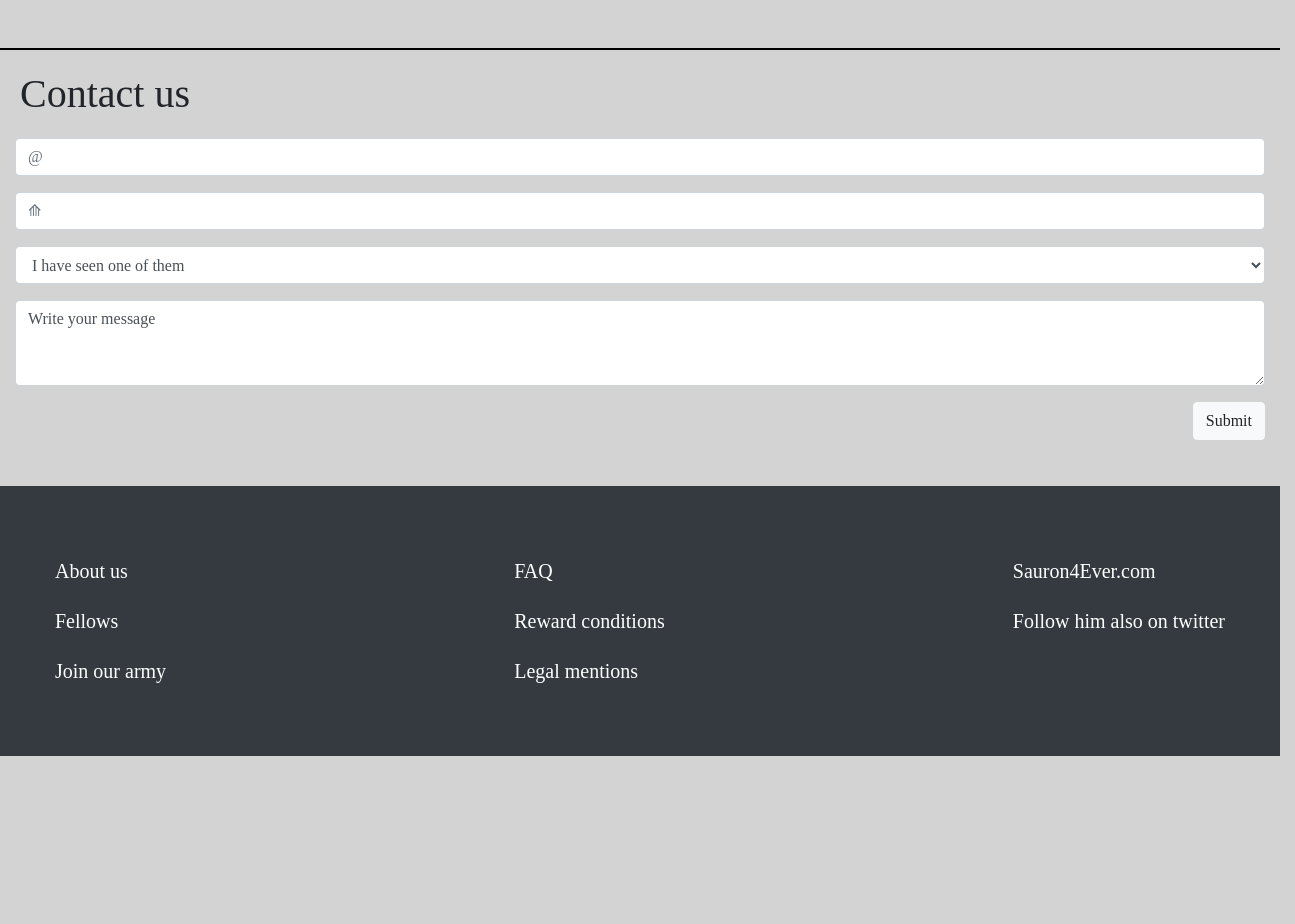
Repository: Khaleddwm/FindThePrecious
Page: index.html
The author's editor kept a copy of each file at every save. The page is drawn from the files as they stood at one save, then again after the next save.
The browser window is 1280 px wide. The page is 1295 px wide, so the pictures cover 1295 px, including what lies to the right of the window. The pictures show the part of the page from y = 1872 to 2796 px (the page is 2796 px tall).
Some web fonts or font styles are not loaded; a fallback is used.

Above is the page before, as saved 2020-05-25 11:41:58.

### index.html
<!DOCTYPE html>
<html lang="en">
<head>
    <meta charset="UTF-8">
    <meta name="viewport" content="width=device-width, initial-scale=1.0">
    <title>FindThePrecious</title>
    <link href="https://fonts.googleapis.com/css2?family=Bad+Script&display=swap" rel="stylesheet">
    <!-- CSS only -->
    <link rel="stylesheet" href="https://stackpath.bootstrapcdn.com/bootstrap/4.5.0/css/bootstrap.min.css" integrity="sha384-9aIt2nRpC12Uk9gS9baDl411NQApFmC26EwAOH8WgZl5MYYxFfc+NcPb1dKGj7Sk" crossorigin="anonymous">
    <link rel="stylesheet" href="https://cdnjs.cloudflare.com/ajax/libs/font-awesome/4.7.0/css/font-awesome.min.css">
    <link rel="stylesheet" href="style.css">
    <!-- JS, Popper.js, and jQuery -->
    <script src="https://code.jquery.com/jquery-3.5.1.slim.min.js" integrity="sha384-DfXdz2htPH0lsSSs5nCTpuj/zy4C+OGpamoFVy38MVBnE+IbbVYUew+OrCXaRkfj" crossorigin="anonymous"></script>
    <script src="https://cdn.jsdelivr.net/npm/popper.js@1.16.0/dist/umd/popper.min.js" integrity="sha384-Q6E9RHvbIyZFJoft+2mJbHaEWldlvI9IOYy5n3zV9zzTtmI3UksdQRVvoxMfooAo" crossorigin="anonymous"></script>
    <script src="https://stackpath.bootstrapcdn.com/bootstrap/4.5.0/js/bootstrap.min.js" integrity="sha384-OgVRvuATP1z7JjHLkuOU7Xw704+h835Lr+6QL9UvYjZE3Ipu6Tp75j7Bh/kR0JKI" crossorigin="anonymous"></script>
</head>
<body>
    <nav class="navbar navbar-expand-sm navbar-dark bg-dark">
        <a href"index.html" class="titleNav navbar-brand">FindThePrecious.com</a>
        <button class="navbar-toggler" data-toggle="collapse" data-target="#navbarMenu">
            <span class="navbar-toggler-icon"></span>
        </button>
        <div class="collapse navbar-collapse" id="navbarMenu">
            <ul class="navbar-nav">
                <li class="nav-item">
                    <a href="#" class="nav-link">Fellows</a>
                </li>
                <li>
                    <a href="#" class="nav-link">Contact us</a>
                </li>
            </ul>
        </div>
    </nav>
    <div id="carouselControls" class="carousel slide" data-ride="carousel">
        <div class="carousel-inner">
            <div class="carousel-caption d-none d-block">
                <h1>Dangerous fellowship try to destroy the ring</h1>
                <p>Orcs, Goblins, Balrogs, protect your master Sauron !</p>
            </div>
            <div class="carousel-item active">
                <img class="d-block w-100" src="https://img.phonandroid.com/2018/04/seigneur-des-anneaux.jpg" alt="First slide">
            </div>
            <div class="carousel-item">
                <img class="d-block w-100" src="https://www.journaldugeek.com/content/uploads/2019/07/lord-of-the-rings-gollum-new-lotr-stealth-game-coming-2021-from-daedalic-entertainment-767717.jpg" alt="Second slide">
            </div>
            <div class="carousel-item">
                <img class="d-block w-100" src="https://vignette.wikia.nocookie.net/lotr/images/1/15/Gothmog_the_lord_of_balrogs_by_atohas-d8hf6ru.jpg/revision/latest?cb=20180410213854" alt="Third slide">
            </div>
        </div>
        <a class="carousel-control-prev" href="#carouselControls" role="button" data-slide="prev">
            <span class="carousel-control-prev-icon" aria-hidden="true"></span>
            <span class="sr-only">Previous</span>
        </a>
        <a class="carousel-control-next" href="#carouselControls" role="button" data-slide="next">
            <span class="carousel-control-next-icon" aria-hidden="true"></span>
            <span class="sr-only">Next</span>
        </a>
    </div>
    <div class="wanted">
        <div class="wanted-title">
            <h1>Fellows wanted dead (or alive if you want to eat them later)</h1>
        </div>
        <div class="card-deck">
            <div class="card col-xs-12 col-md-4">
                <img src="https://kr4v3n.github.io/Sauron/img/gandalf.png" class="card-img-top" alt="Gandalf">
                <div class="living card-img-overlay">
                    <h2>Reward 1000 gold coins</h2>
                </div>
                <div class="card-body">
                    <h2 class="card-title">Gandalf</h2>
                    <p class="card-text">
                        Gandalf was shorter in stature than the other two; but his long white hair,
                        his sweeping silver beard, and his broad shoulders, made him look like some wise king of ancient legend.
                        In his aged face under great snowy brows his eyes were set like coals that could suddenly burst into fire.
                    </p>
                </div>
            </div>
            <div class="card col-xs-12 col-md-4">
                <img src="https://kr4v3n.github.io/Sauron/img/gimli.png" class="card-img-top" alt="Gimli">
                <div class="dead card-img-overlay">
                    <h2>DEAD</h2>
                </div>
                <div class="card-body">
                    <h2 class="card-title">Gimli</h2>
                    <p class="card-text">
                        Gimli throughout the War showed perhaps the greatest open contempt for Sauron and his minions, save possibly Boromir.
                        He was a grim character, for the most part, laughing only occasionally and, though in a few rare situations inspiring amusement,
                        never joking. Due to his comments especially during the initial stage of the journey, he may be called more superstitious than the others,
                        acting very much as if Caradhras was an actual living being.
                    </p>
                </div>
            </div>
            <div class="card col-xs-12 col-md-4">
                <img src="https://kr4v3n.github.io/Sauron/img/aragorn.png" class="card-img-top" alt="Aragorn">
                <div class="living card-img-overlay">
                    <h2>Reward 250 gold coins</h2>
                </div>
                <div class="card-body">
                    <h2 class="card-title">Aragorn</h2>
                    <p class="card-text">
                        An artist's conception of Aragorn at The Prancing Pony Tolkien gives
                        a brief but detailed description of him in The Lord of the Rings: lean, dark, tall, with
                        "a shaggy head of dark hair flecked with grey, and in a pale stern face a pair of keen grey eyes."
                    </p>
                </div>
            </div>
        </div>
    </div>
    <div class="form">
        <h1>Contact us</h1>
        <form class="container-fluid">
            <div class="form-group">
                <input type="email" class="form-control" id="email" placeholder="&#64;">
            </div>
            <div class="form-group">
                <input type="email" class="form-control" id="email" placeholder="&#10224;">
            </div>
            <div class="form-group">
                <select class="form-control" id="select">
                    <option>I have seen one of them</option>
                    <option>I have lost one of them</option>
                    <option>I have find one of them</option>
                </select>
            </div>
            <div class="form-group">
                <textarea class="form-control" id="textarea" rows="3">Write your message</textarea>
            </div>
            <div class="form-group">
                <input type="submit" class="btn btn-light" id="submit" value="Submit">
            </div>
        </form>
    </div>
    <footer class="footer-classic bg-dark">
        <div class="container-fluid">
            <div class="d-flex justify-content-between">

                    <ul class="nav-list">
                        <li><a href="#">About us</a></li>
                        <li><a href="#">Fellows</a></li>
                        <li><a href="#">Join our army</a></li>
                    </ul>


                    <ul class="nav-list">
                        <li><a href="#">FAQ</a></li>
                        <li><a href="#">Reward conditions</a></li>
                        <li><a href="#">Legal mentions</a></li>
                    </ul>


                    <ul class="nav-list">
                        <li><a href="#">Sauron4Ever.com</a></li>
                        <li><a href="#">Follow him also on twitter</a></li>
                    </ul>

            </div>
        </div>
    </footer>
</body>
</html>

### style.css
body {
    font-family: 'Bad Script', cursive;
    background-color: lightgrey;
}

#navbarMenu, .titleNav {
    font-size: 30px;
}

.navbar {
    overflow: hidden;
    position: fixed; /* Set the navbar to fixed position */
    top: 0; /* Position the navbar at the top of the page */
    width: 100%; /* Full width */
    z-index: 1000;
}

/* Change background on mouse-over */
#navbarMenu a:hover {
    background: lightgray;
    color: black;
}

#carouselControls {
    margin-top: 70px;
}

p {
    font-size: 20px;
}

img {
    width: auto;
    height: 600px;
}

.wanted-title {
    text-align: center;
    margin: 50px;
}
/* hover for living */
.living h2 {
    background-color: lightgray;
}

.living {
    opacity: 0;
}

.living:hover {
    opacity: 1;
    text-align: center;
}

/* hover for dead */
.dead {
    opacity: 0;
}

.dead:hover {
    opacity: 1;
    text-align: center;
    background-color: lightgray;
}

#submit {
    float: right;
}

.form {
    font-size: 30px;
    margin-top: 50px;
    margin-bottom: 100px;
    border-top: 2px solid black;
}

.form h1 {
    margin: 20px;
}

footer .container-fluid {
    padding-top: 30px;
    padding-bottom: 30px;
    font-size: 20px;
}

@media only screen and (min-width: 768px) {
    footer .container-fluid {
        display: flex;
        flex-direction: column;
    }
}
.footer-classic a, .footer-classic a:focus, .footer-classic a:active {
    color: white;
}

footer ul, footer li {
    list-style: none;
    padding: 0;
    margin: 20px;
}

After the next save:
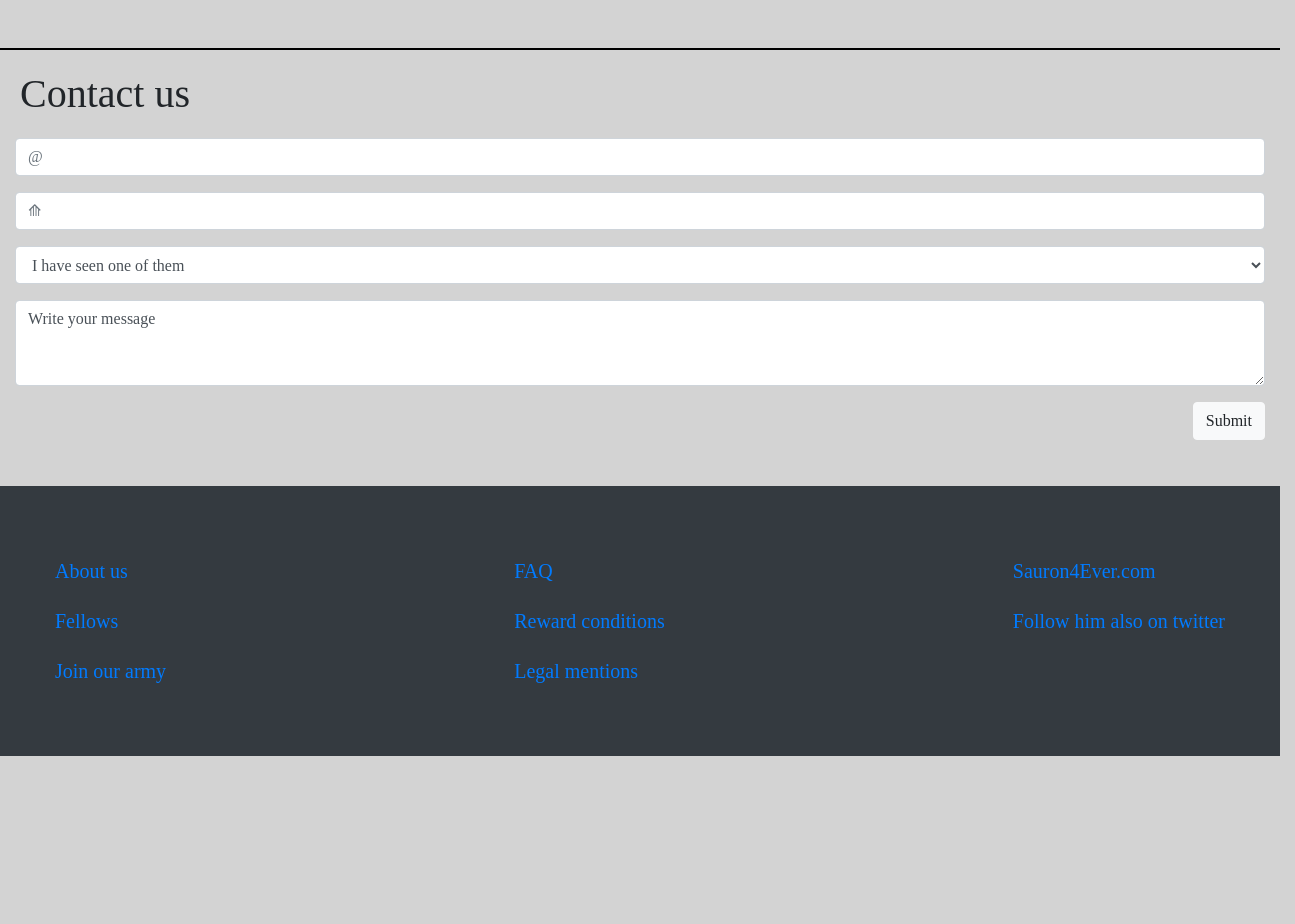
Saved 2 min 5 s later.
--- a/index.html
+++ b/index.html
@@ -130,7 +130,7 @@
             </div>
         </form>
     </div>
-    <footer class="footer-classic bg-dark">
+    <footer class="footer bg-dark">
         <div class="container-fluid">
             <div class="d-flex justify-content-between">
 

After the save that followed:
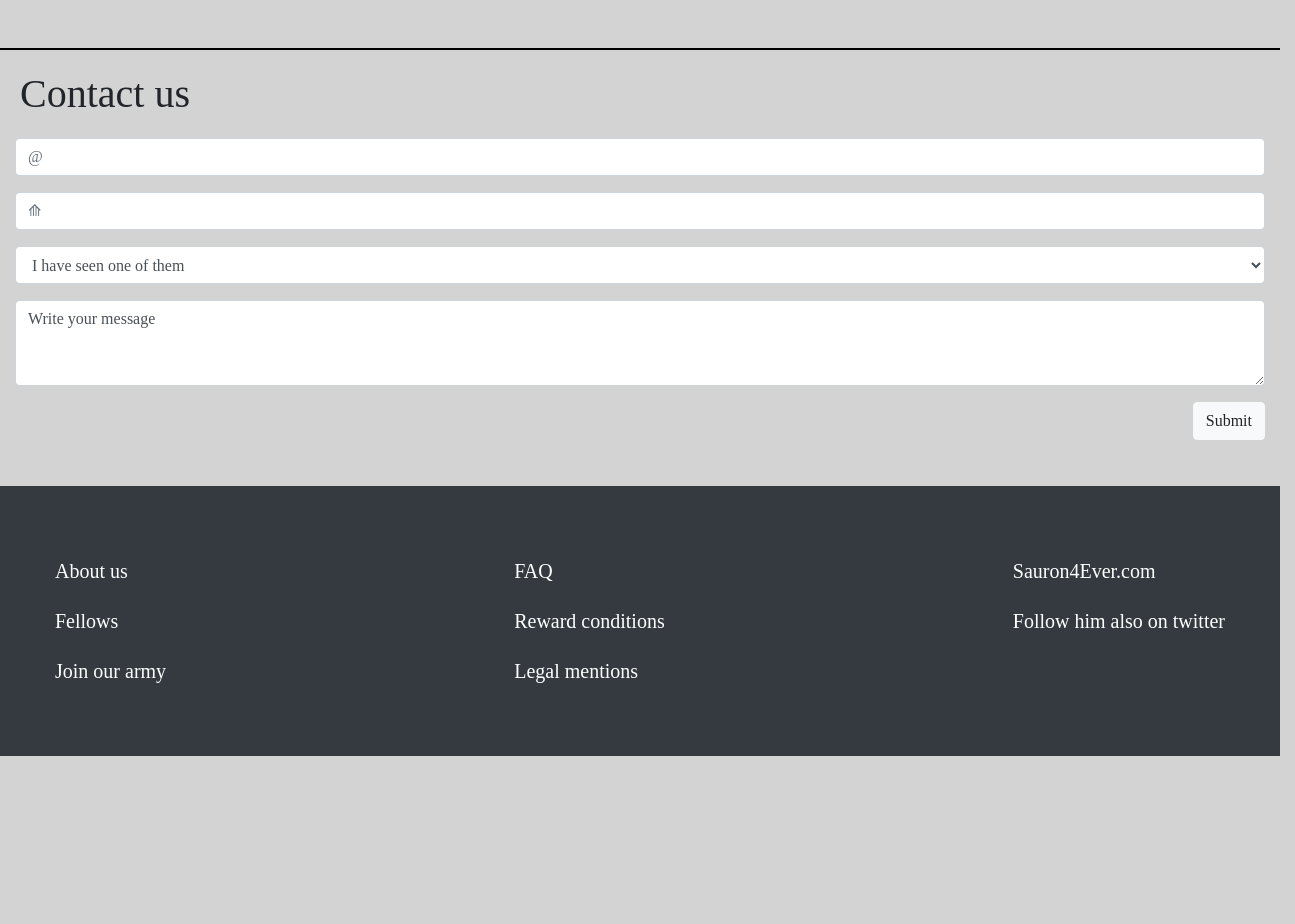
Saved 12 s later.
--- a/index.html
+++ b/index.html
@@ -130,7 +130,7 @@
             </div>
         </form>
     </div>
-    <footer class="footer bg-dark">
+    <footer class="footer-classic bg-dark">
         <div class="container-fluid">
             <div class="d-flex justify-content-between">
 
